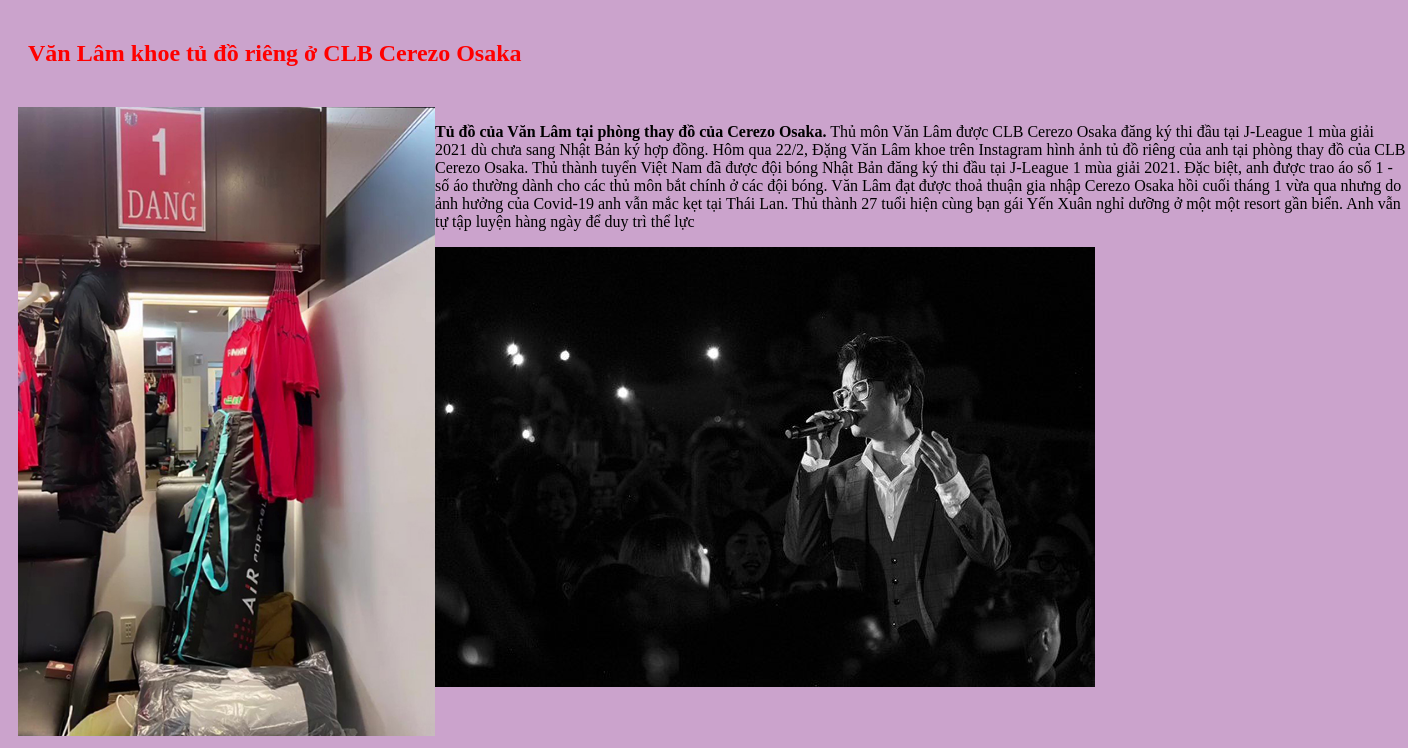
Repository: Tan-Khang21/TH_TKW--Buoi_03
Page: BT_tren_lop/Bai_2/content_left.html
The author's editor kept a copy of each file at every save. The page is drawn from the files as they stood at one save, then again after the next save.
The browser window is 1280 px wide. The page is 1408 px wide, so the pictures cover 1408 px, including what lies to the right of the window. The pictures show the whole page.

Above is the page before, as saved 2024-02-27 22:13:32.

After the next save:
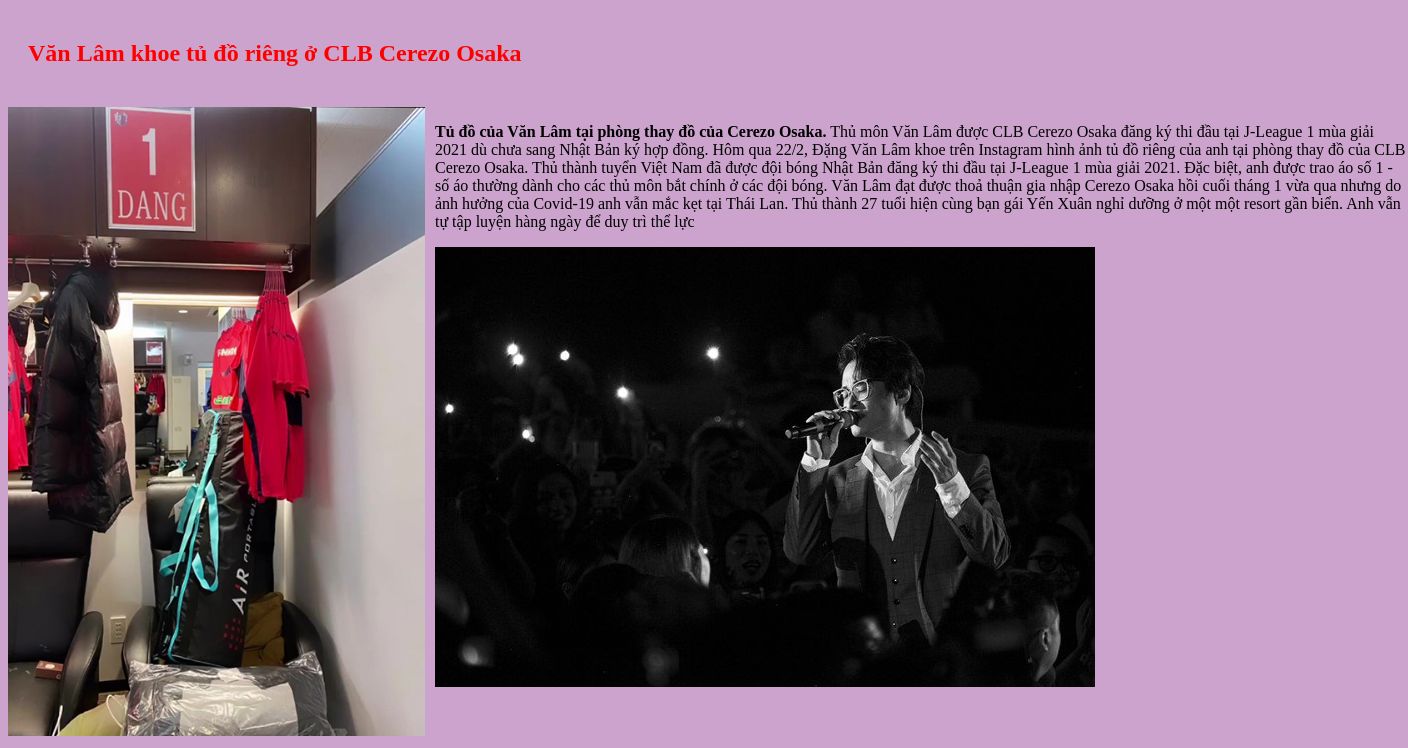
Saved 10 s later.
--- a/BT_tren_lop/Bai_2/content_left.html
+++ b/BT_tren_lop/Bai_2/content_left.html
@@ -11,7 +11,7 @@
     </h2>
     <div style="width: 1400px; margin: 0 auto;">
       <div style="display: flex">
-        <div style="width: 30%; margin-left: 10px;">
+        <div style="width: 30%; margin-right: 10px;">
           <img
             src="/BT_tren_lop/Bai_2/images/hinh1.jpg"
             alt=""
